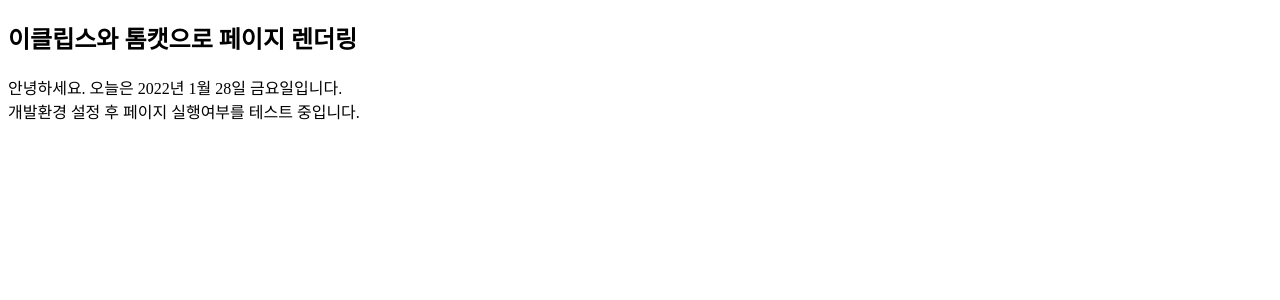
Repository: KindRichMan/jsp_practice
Page: http://localhost/JSPBasic/Hello.jsp
An editor plug-in stored every save of this project. The page is shown before and after the next save, followed by the edit.
The browser window is 1280 px wide. The pictures show the whole page.
The page is served by Tomcat 9.

Above is the page before, as saved 2022-01-28 02:03:38.

### JSPBasic/src/main/webapp/Hello.jsp
<%@ page language="java" contentType="text/html; charset=UTF-8"
    pageEncoding="UTF-8"%>
<!DOCTYPE html>
<html>
<head>
<meta charset="UTF-8">
<title>Insert title here</title>
</head>
<body>


   <h2>이클립스와 톰캣으로 페이지 렌더링</h2>
   <p>
      안녕하세요. 오늘은 2022년 1월 28일 금요일입니다.<br/>
      개발환경 설정 후 페이지 실행여부를 테스트 중입니다.
   </p>
</body>

</html>

After the next save:
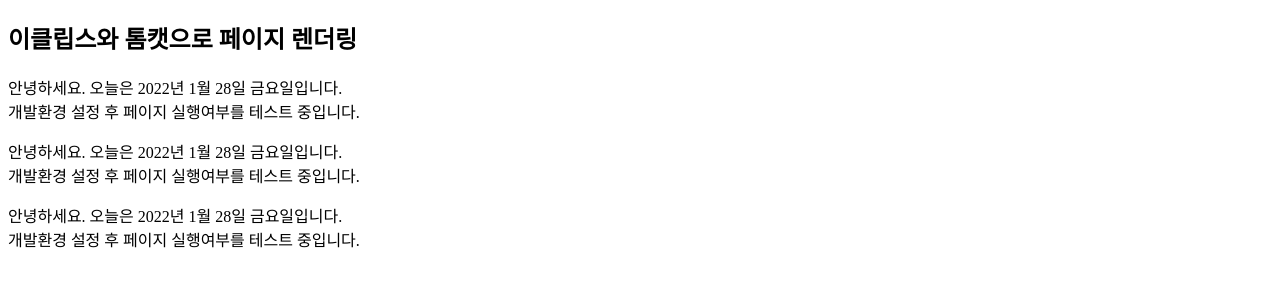
Saved 102 s later.
--- a/JSPBasic/src/main/webapp/Hello.jsp
+++ b/JSPBasic/src/main/webapp/Hello.jsp
@@ -14,6 +14,14 @@
       안녕하세요. 오늘은 2022년 1월 28일 금요일입니다.<br/>
       개발환경 설정 후 페이지 실행여부를 테스트 중입니다.
    </p>
+    <p>
+      안녕하세요. 오늘은 2022년 1월 28일 금요일입니다.<br/>
+      개발환경 설정 후 페이지 실행여부를 테스트 중입니다.
+   </p>
+    <p>
+      안녕하세요. 오늘은 2022년 1월 28일 금요일입니다.<br/>
+      개발환경 설정 후 페이지 실행여부를 테스트 중입니다.
+   </p>
 </body>
 
 </html>
